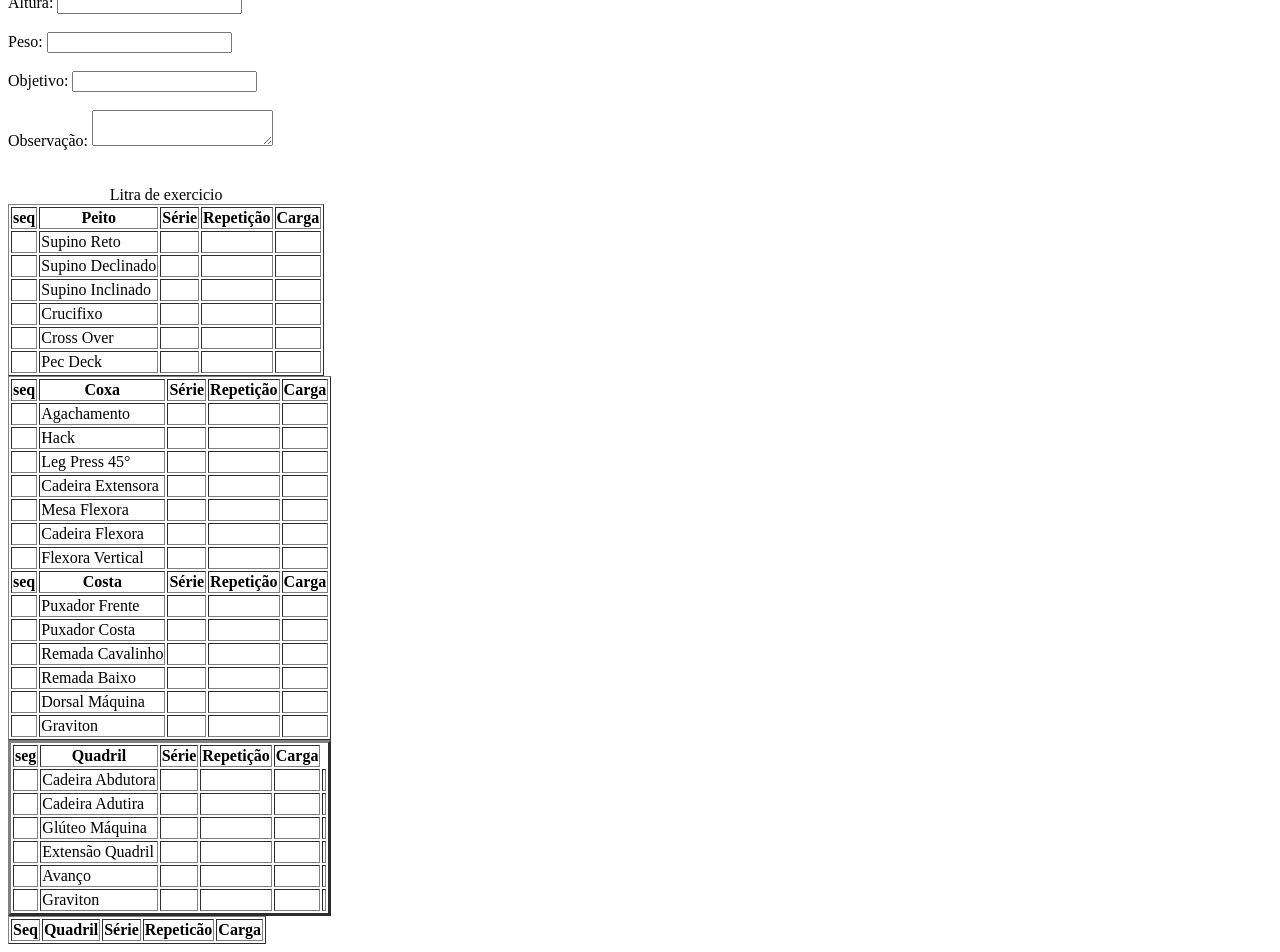
Repository: luisjonson/ProjetoWebAcademia
Page: Projeto_Web/RepositorioWebProject/WebContent/FichaAluno.html
An editor plug-in stored every save of this project. The page is shown before and after the next save, followed by the edit.
The browser window is 1280 px wide. The pictures show the part of the page from y = 496 to 1448 px (the page is 1448 px tall before and 1438 px after).
A picture or video elsewhere on the page could not be fetched, so the positions and the page height are approximate.

Above is the page before, as saved 2017-04-06 01:23:30.

After the next save:
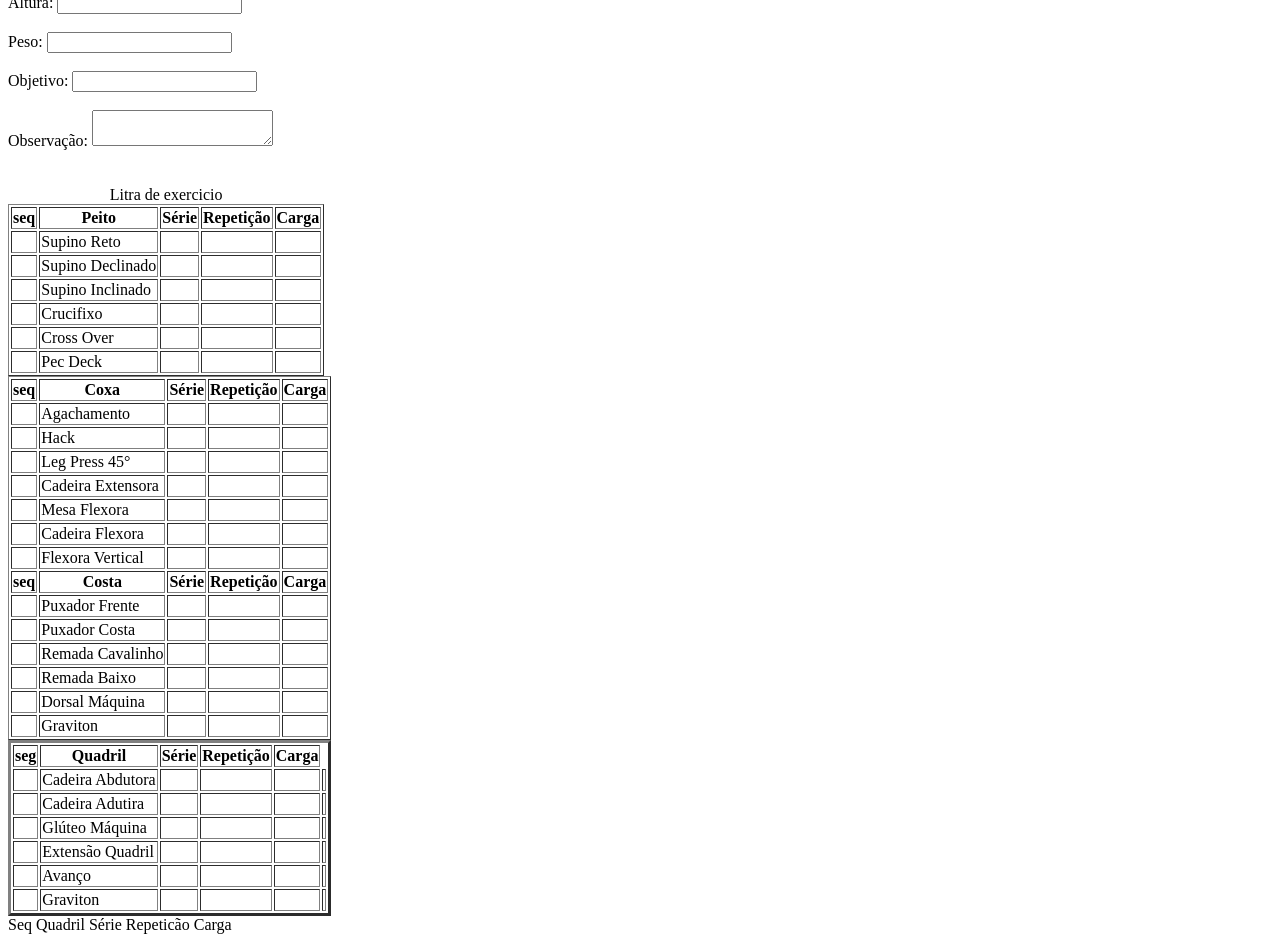
Saved 14 s later.
--- a/Projeto_Web/RepositorioWebProject/WebContent/FichaAluno.html
+++ b/Projeto_Web/RepositorioWebProject/WebContent/FichaAluno.html
@@ -288,8 +288,6 @@
 		</tr>
 	</table>
 
-		<table  class="table" border="1" >
-
 			<tr>
 				<th>Seq</th>
 				<th>Quadril</th>
